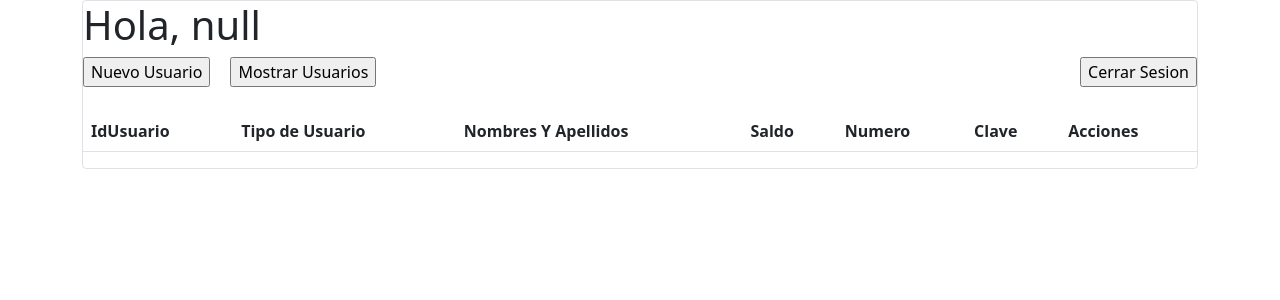
Repository: Gimblet/LP1_Proyecto_Yape
Page: http://localhost/Yape/headAdminDashboard.jsp
These files come from the project's save history. The page is drawn as it stood at one moment and after the next save; the edit follows.
The browser window is 1280 px wide. The pictures show the whole page.
The page is served by Tomcat 9. Queries for data that is not in the repository find no rows.

Above is the page before, as saved 2024-05-04 15:16:55.

After the next save:
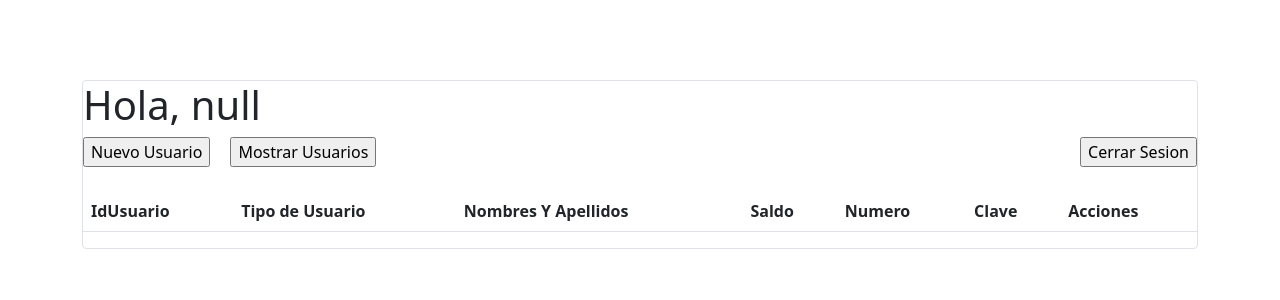
Saved 32 s later.
--- a/Yape/src/main/webapp/headAdminDashboard.jsp
+++ b/Yape/src/main/webapp/headAdminDashboard.jsp
@@ -20,6 +20,7 @@ Metodos metodo = new Metodos();
 <style>
 main{
 	margin: auto;
+	margin-top: 80px;
 }
 
 .buscarContainer {
